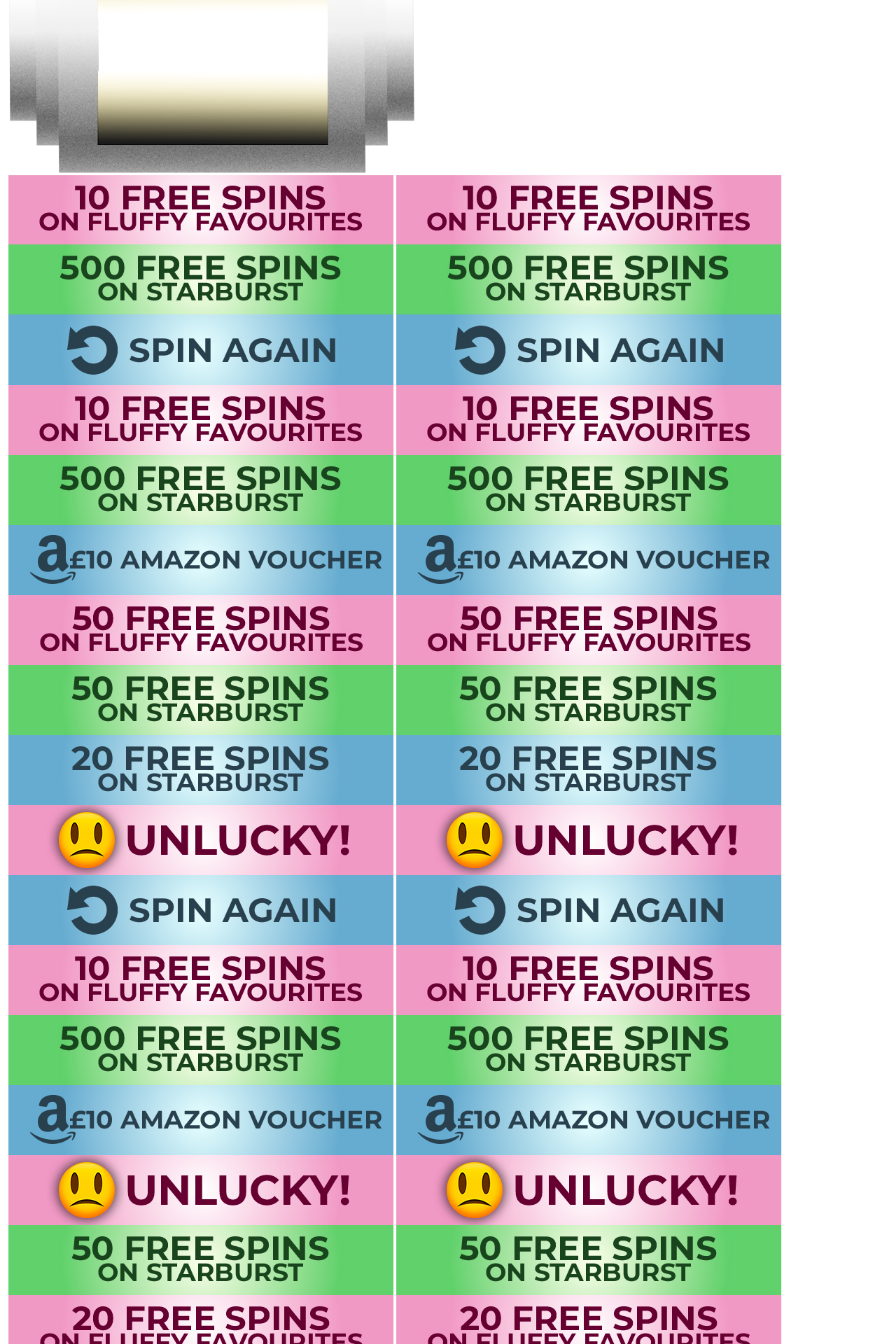
Repository: kligan/Animated_UI
Page: 15marketing/index.html
An editor plug-in stored every save of this project. The page is shown before and after the next save, followed by the edit.
The browser window is 1280 px wide. The pictures show the part of the page from y = 2063 to 3983 px (the page is 21262 px tall before and 4438 px after), at 70% of full size.

Above is the page before, as saved 2021-05-31 12:02:17.

After the next save:
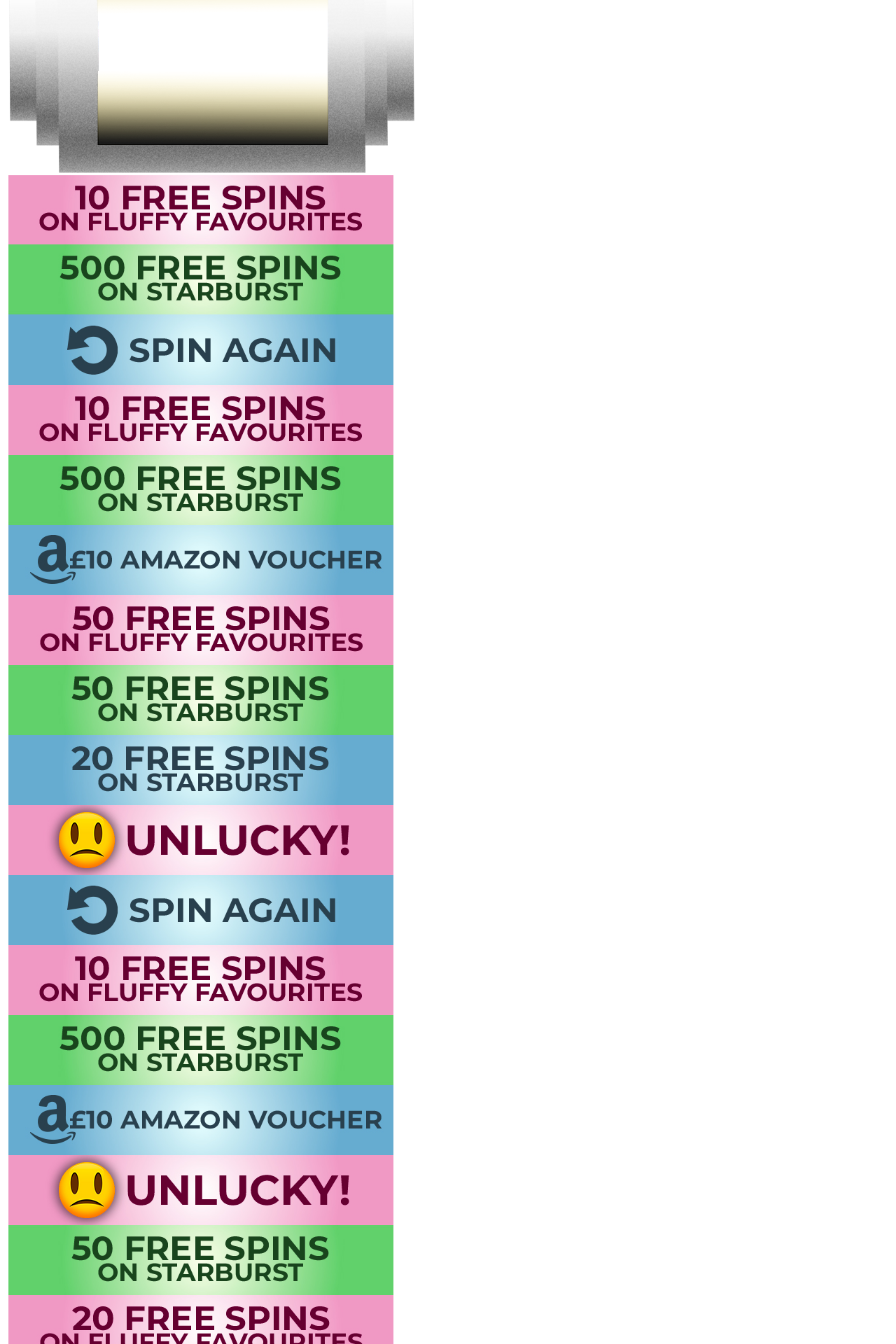
Saved 10 s later.
--- a/15marketing/index.html
+++ b/15marketing/index.html
@@ -31,22 +31,6 @@
                                     <img class="spin-machine" src="./assets/Animated Reel Assets/spin-machine.png">
                                     <div class="outer slot first">
                                         <div class="inner slot-inner">
-                                            <img class="spin-machine_prize" src="./assets/Animated Reel Assets/spin-machine_prizes.jpg">
-                                            <img class="spin-machine_prize" src="./assets/Animated Reel Assets/spin-machine_prizes.jpg">
-                                            <img class="spin-machine_prize" src="./assets/Animated Reel Assets/spin-machine_prizes.jpg">
-                                            <img class="spin-machine_prize" src="./assets/Animated Reel Assets/spin-machine_prizes.jpg">
-                                            <img class="spin-machine_prize" src="./assets/Animated Reel Assets/spin-machine_prizes.jpg">
-                                            <img class="spin-machine_prize" src="./assets/Animated Reel Assets/spin-machine_prizes.jpg">
-                                            <img class="spin-machine_prize" src="./assets/Animated Reel Assets/spin-machine_prizes.jpg">
-                                            <img class="spin-machine_prize" src="./assets/Animated Reel Assets/spin-machine_prizes.jpg">
-                                            <img class="spin-machine_prize" src="./assets/Animated Reel Assets/spin-machine_prizes.jpg">
-                                            <img class="spin-machine_prize" src="./assets/Animated Reel Assets/spin-machine_prizes.jpg">
-                                            <img class="spin-machine_prize" src="./assets/Animated Reel Assets/spin-machine_prizes.jpg">
-                                            <img class="spin-machine_prize" src="./assets/Animated Reel Assets/spin-machine_prizes.jpg">
-                                            <img class="spin-machine_prize" src="./assets/Animated Reel Assets/spin-machine_prizes.jpg">
-                                            <img class="spin-machine_prize" src="./assets/Animated Reel Assets/spin-machine_prizes.jpg">
-                                            <img class="spin-machine_prize" src="./assets/Animated Reel Assets/spin-machine_prizes.jpg">
-                                            <img class="spin-machine_prize" src="./assets/Animated Reel Assets/spin-machine_prizes.jpg">
                                             <img class="spin-machine_prize" src="./assets/Animated Reel Assets/spin-machine_prizes.jpg">
                                         </div>
                                     </div>
